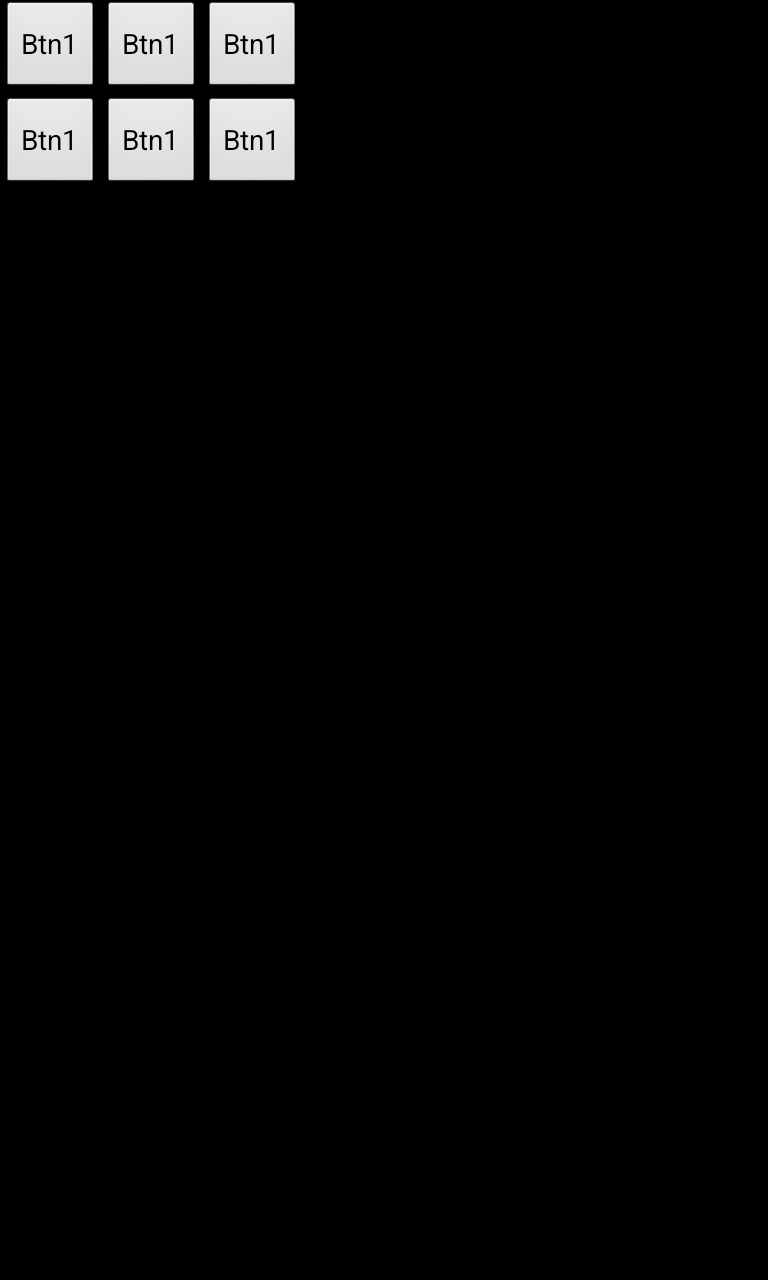
Repository: fangbao/Google_Android
Layout: Android_space/12.TableLayout/res/layout/main.xml
An editor plug-in stored every save of this project. The layout is shown before and after the next save, followed by the edit.
It is drawn on a 768 x 1280 px phone screen (xhdpi) without system bars, with theme android:Theme; the app's code is not run.

Above is the layout before, as saved 2011-12-25 04:11:35.

### Android_space/12.TableLayout/res/layout/main.xml
<?xml version="1.0" encoding="utf-8"?>
<TableLayout xmlns:android="http://schemas.android.com/apk/res/android"
    android:layout_width="fill_parent"
    android:layout_height="fill_parent" >

    <TableRow>

        <Button android:text="Btn1" />

        <Button android:text="Btn1" />

        <Button android:text="Btn1" />
    </TableRow>

    <TableRow>

        <Button android:text="Btn1" />

        <Button android:text="Btn1" />

        <Button android:text="Btn1" />
    </TableRow>

</TableLayout>

After the next save:
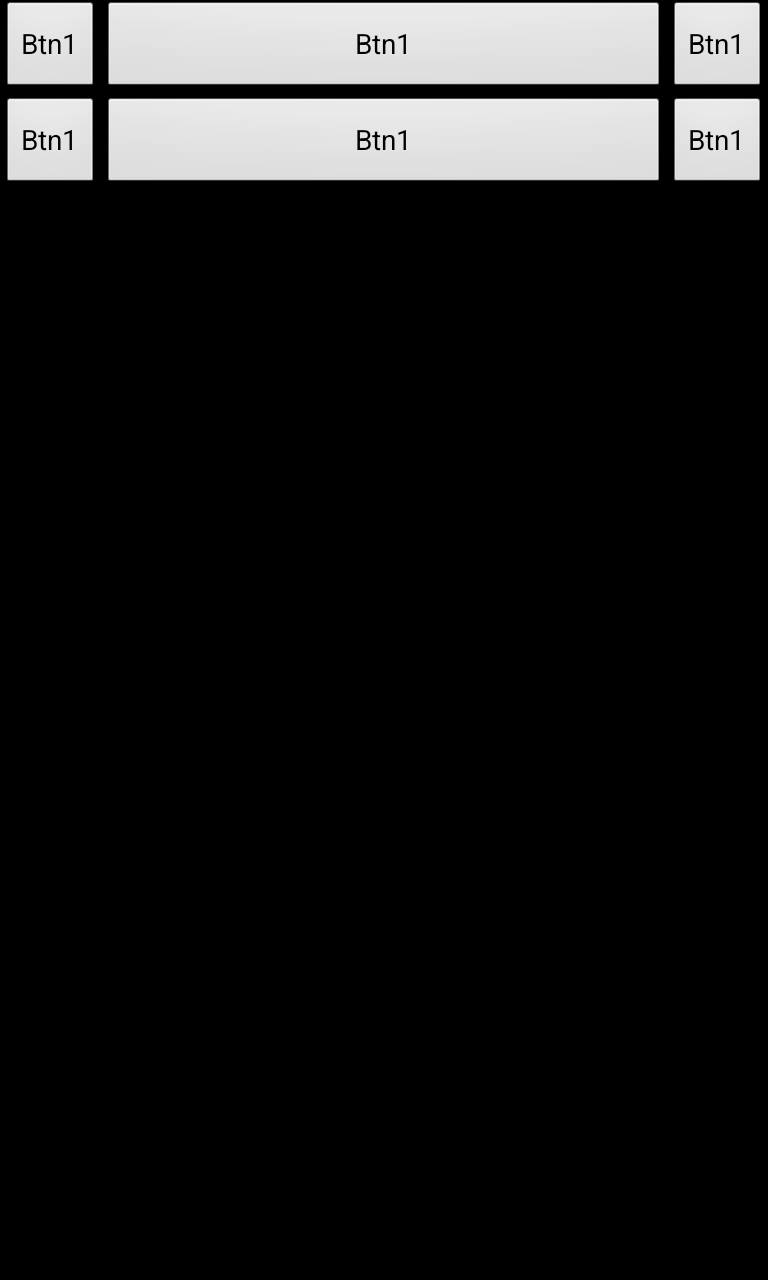
Saved 2 min 54 s later.
--- a/Android_space/12.TableLayout/res/layout/main.xml
+++ b/Android_space/12.TableLayout/res/layout/main.xml
@@ -1,7 +1,8 @@
 <?xml version="1.0" encoding="utf-8"?>
 <TableLayout xmlns:android="http://schemas.android.com/apk/res/android"
     android:layout_width="fill_parent"
-    android:layout_height="fill_parent" >
+    android:layout_height="fill_parent"
+    android:stretchColumns="1">
 
     <TableRow>
 

After the save that followed:
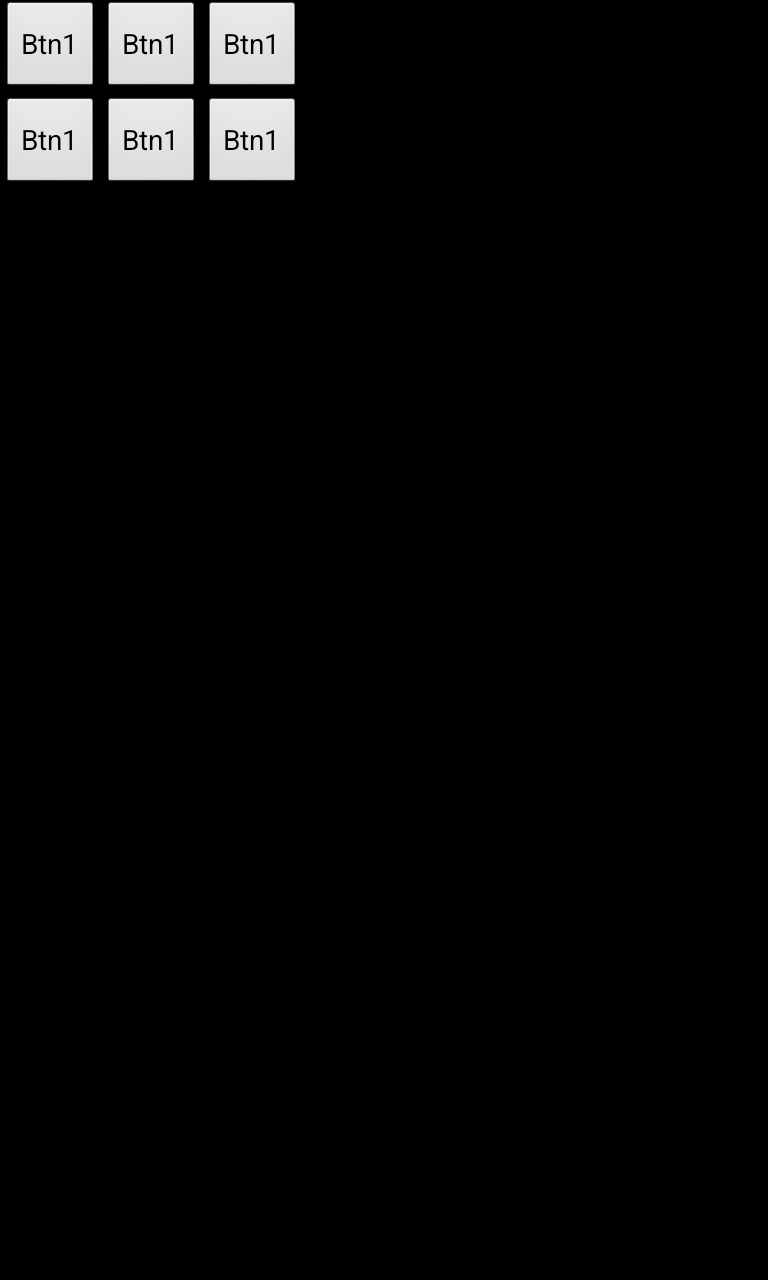
Saved 17 s later.
--- a/Android_space/12.TableLayout/res/layout/main.xml
+++ b/Android_space/12.TableLayout/res/layout/main.xml
@@ -2,7 +2,7 @@
 <TableLayout xmlns:android="http://schemas.android.com/apk/res/android"
     android:layout_width="fill_parent"
     android:layout_height="fill_parent"
-    android:stretchColumns="1">
+    android:stretchColumns="5">
 
     <TableRow>
 
